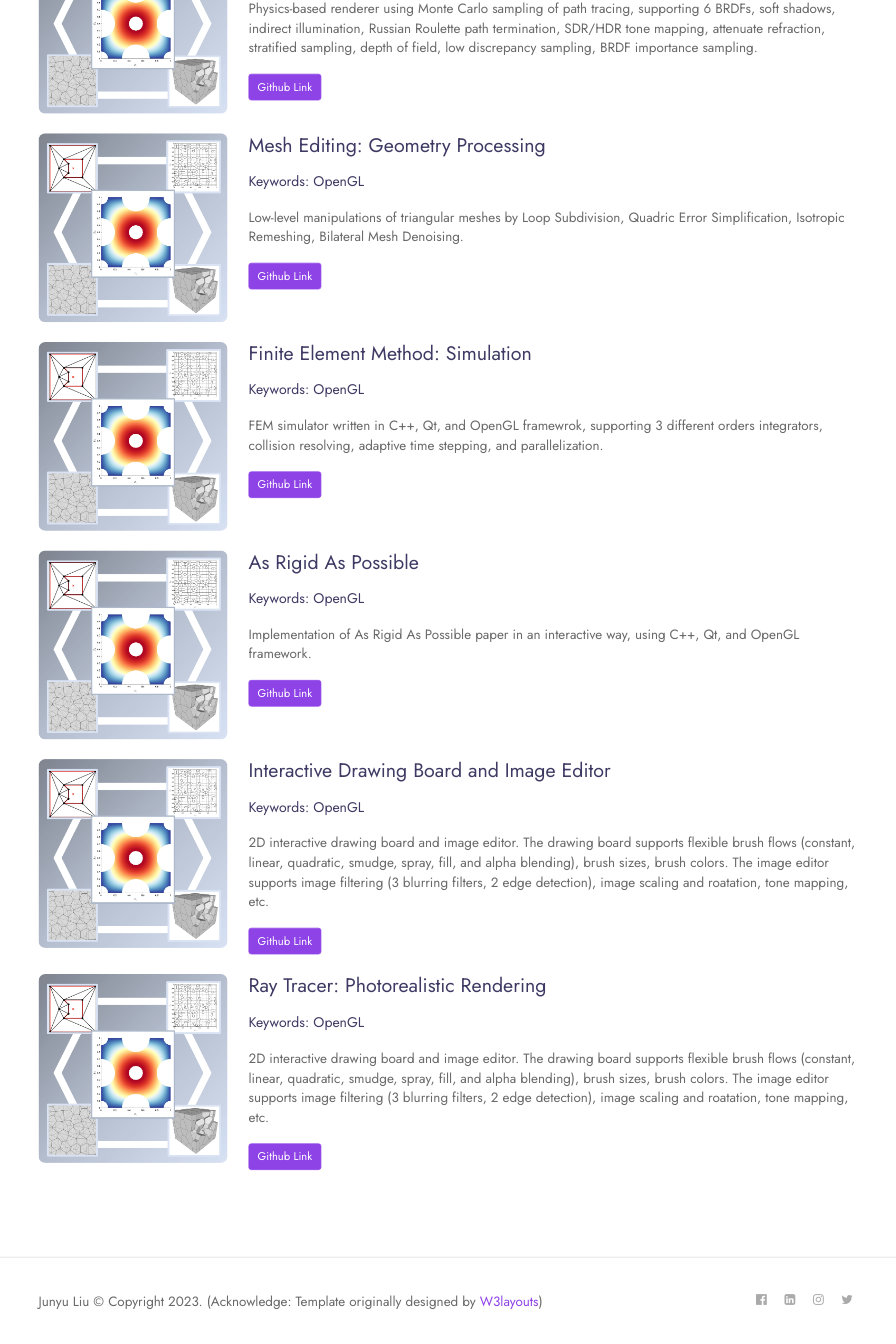
Repository: Junyu-Liu-Nate/junyu-liu-nate.github.io
Page: project.html
An editor plug-in stored every save of this project. The page is shown before and after the next save, followed by the edit.
The browser window is 1280 px wide. The pictures show the part of the page from y = 849 to 2769 px (the page is 2769 px tall before and 2759 px after), at 70% of full size.

Above is the page before, as saved 2024-04-10 19:09:38.
Console error: TypeError: Cannot read properties of null (reading 'classList')

After the next save:
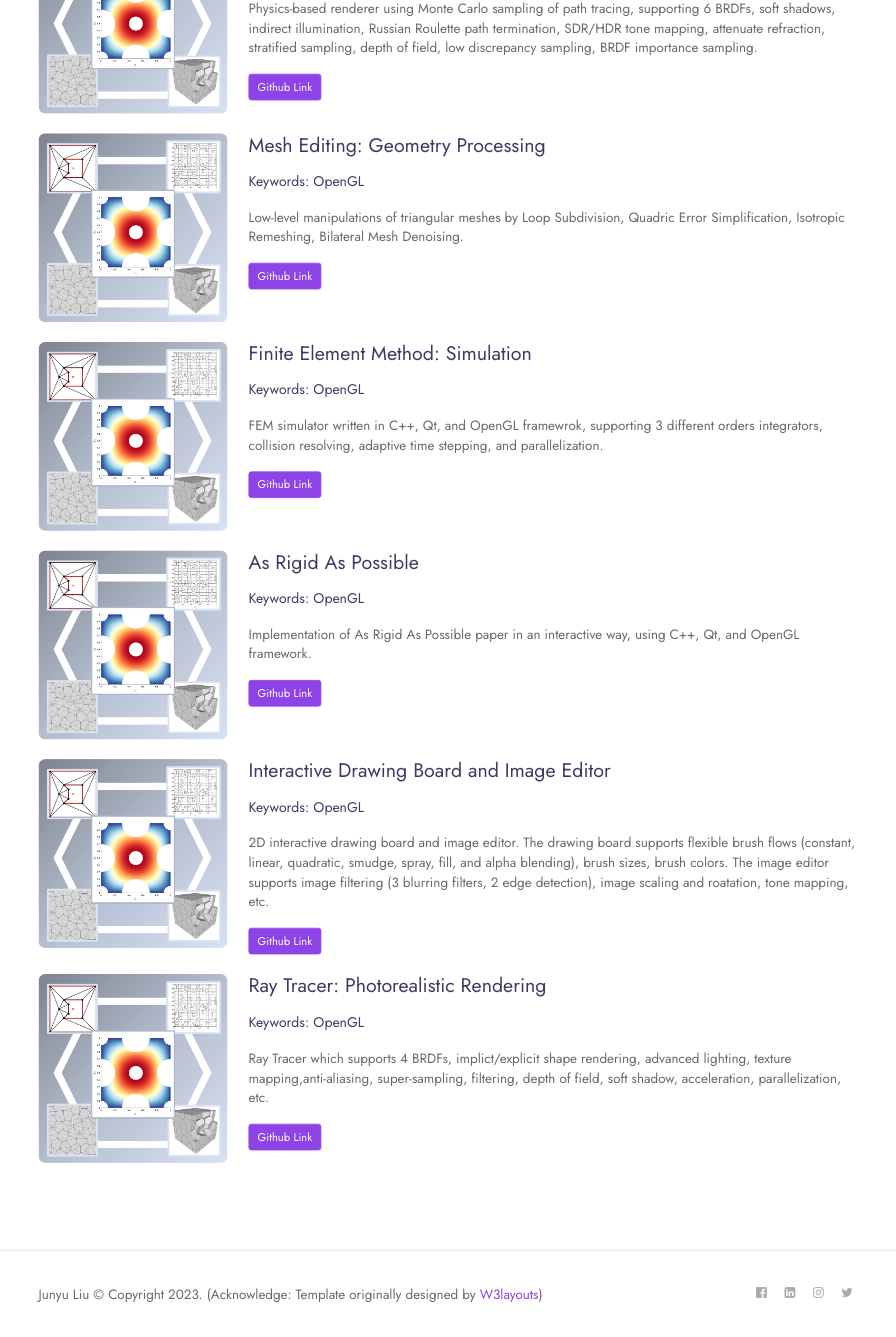
Saved 8 s later.
--- a/project.html
+++ b/project.html
@@ -256,7 +256,7 @@ Author URL: http://w3layouts.com
                   <h5>Keywords: OpenGL</h5>
                   <br>
                   <p>
-                    2D interactive drawing board and image editor. The drawing board supports flexible brush flows (constant, linear, quadratic, smudge, spray, fill, and alpha blending), brush sizes, brush colors. The image editor supports image filtering (3 blurring filters, 2 edge detection), image scaling and roatation, tone mapping, etc.
+                    Ray Tracer which supports 4 BRDFs, implict/explicit shape rendering, advanced lighting, texture mapping,anti-aliasing, super-sampling, filtering, depth of field, soft shadow, acceleration, parallelization, etc.
                   </p>
                   <br>
                   <div>
